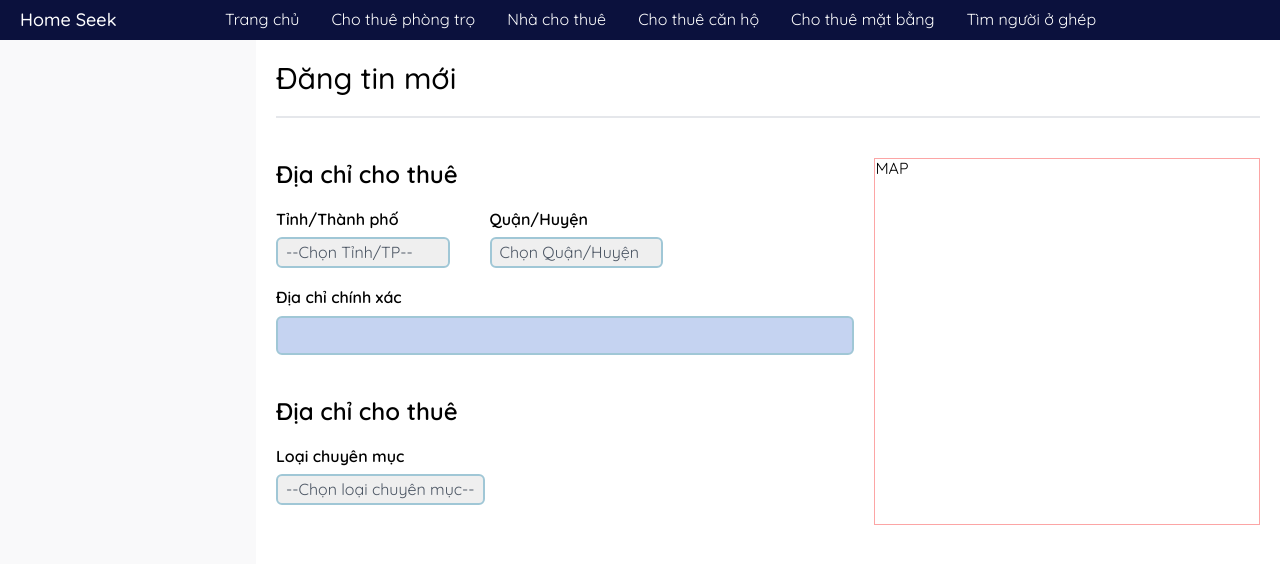
Repository: ajincome26/homeseek
Page: /create (app in client/)
The author's editor kept a copy of each file at every save. The page is drawn from the files as they stood at one save, then again after the next save.
The browser window is 1280 px wide. The pictures show the whole page.
The page's requests for data from a server got no answer. The project was rebuilt for these pictures with package versions that can differ from the ones it lists, and the page was loaded fresh each time. Some packages were replaced by stand-ins written for this rebuild. No one was signed in, and anything a server would have sent is missing. Also part of the build but not shown: client/vite.config.ts, client/src/components/Footer/Footer.tsx, client/src/components/Button/Button.tsx, client/src/components/Button/index.ts, client/src/utils/utils.tsx, client/src/components/MainHeader/components/User.tsx, client/src/components/Popover/Popover.tsx, client/src/components/Popover/index.ts and 21 more.

Above is the page before, as saved 2024-01-09 05:08:48.

After the next save:
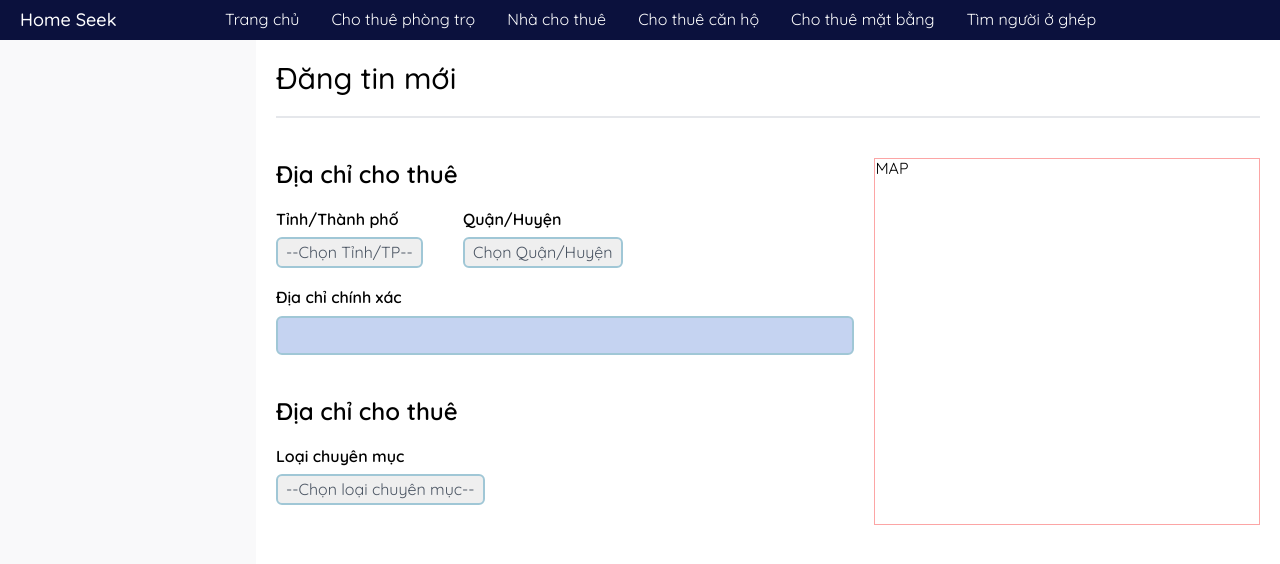
Saved 3 min 3 s later.
--- a/client/src/components/Select/Select.tsx
+++ b/client/src/components/Select/Select.tsx
@@ -16,7 +16,7 @@
 
 const Select = ({ type, provinces, districts, categories, value, setValue, label, optionTitle }: SelectProps) => {
   return (
-    <div className='flex flex-col gap-2 basis-[30%]'>
+    <div className='flex flex-col gap-2'>
       <label htmlFor='address-select' className='font-semibold'>
         {label}
       </label>

After the save that followed:
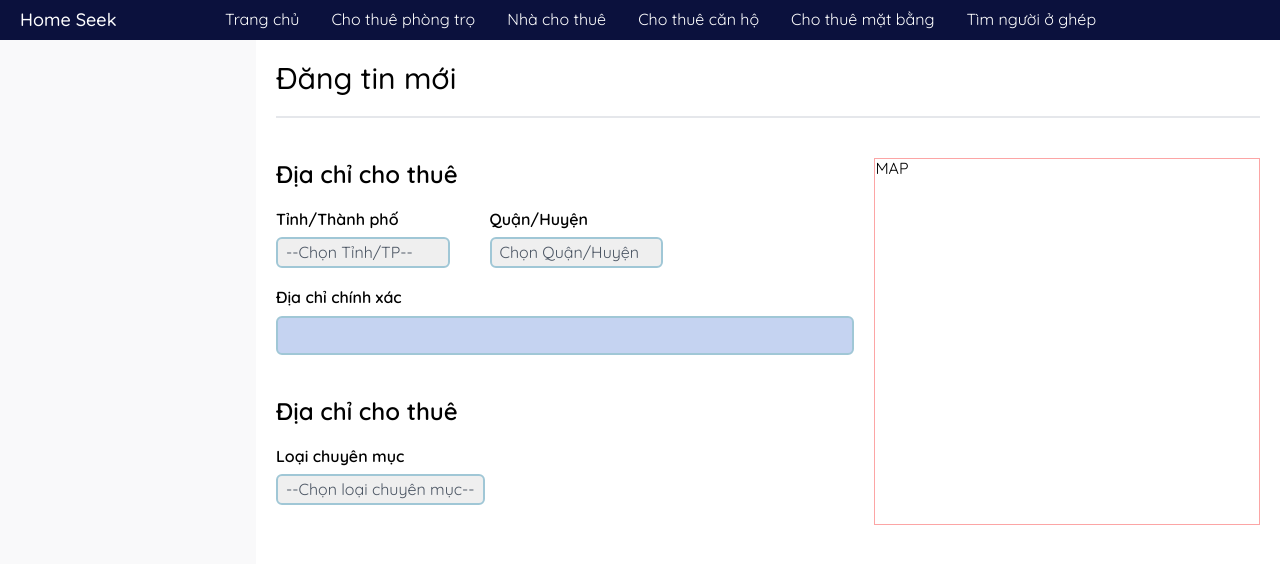
Saved 66 s later.
--- a/client/src/components/Select/Select.tsx
+++ b/client/src/components/Select/Select.tsx
@@ -16,7 +16,7 @@
 
 const Select = ({ type, provinces, districts, categories, value, setValue, label, optionTitle }: SelectProps) => {
   return (
-    <div className='flex flex-col gap-2'>
+    <div className={`flex flex-col gap-2 ${type === 'category' ? '' : 'basis-[30%]'}`}>
       <label htmlFor='address-select' className='font-semibold'>
         {label}
       </label>
